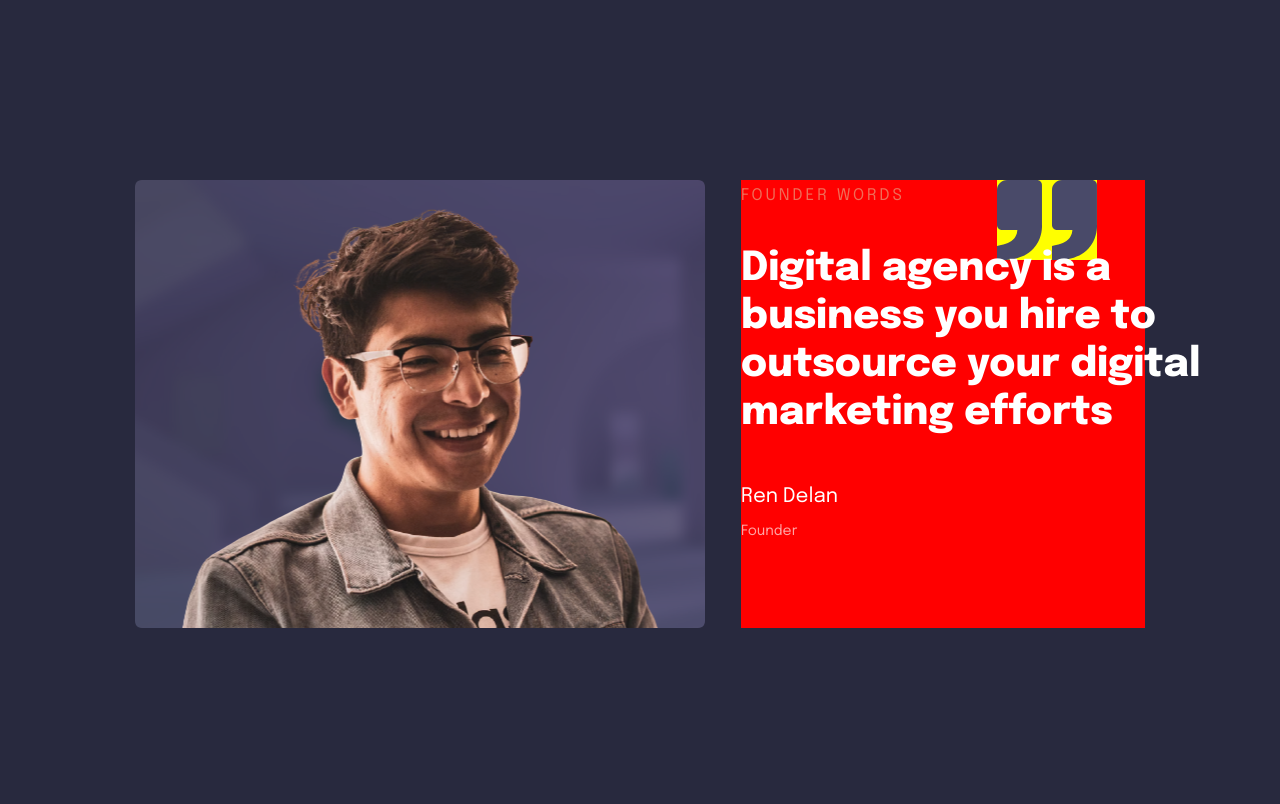
Repository: NatiqSamiyev/image-task
Page: founderWords/index.html
These files come from the project's save history. The page is drawn as it stood at one moment and after a run of saves; the edit follows.
The browser window is 1280 px wide. The pictures show the whole page.

Above is the page before, as saved 2023-09-02 15:47:09.

After the next 2 saves:
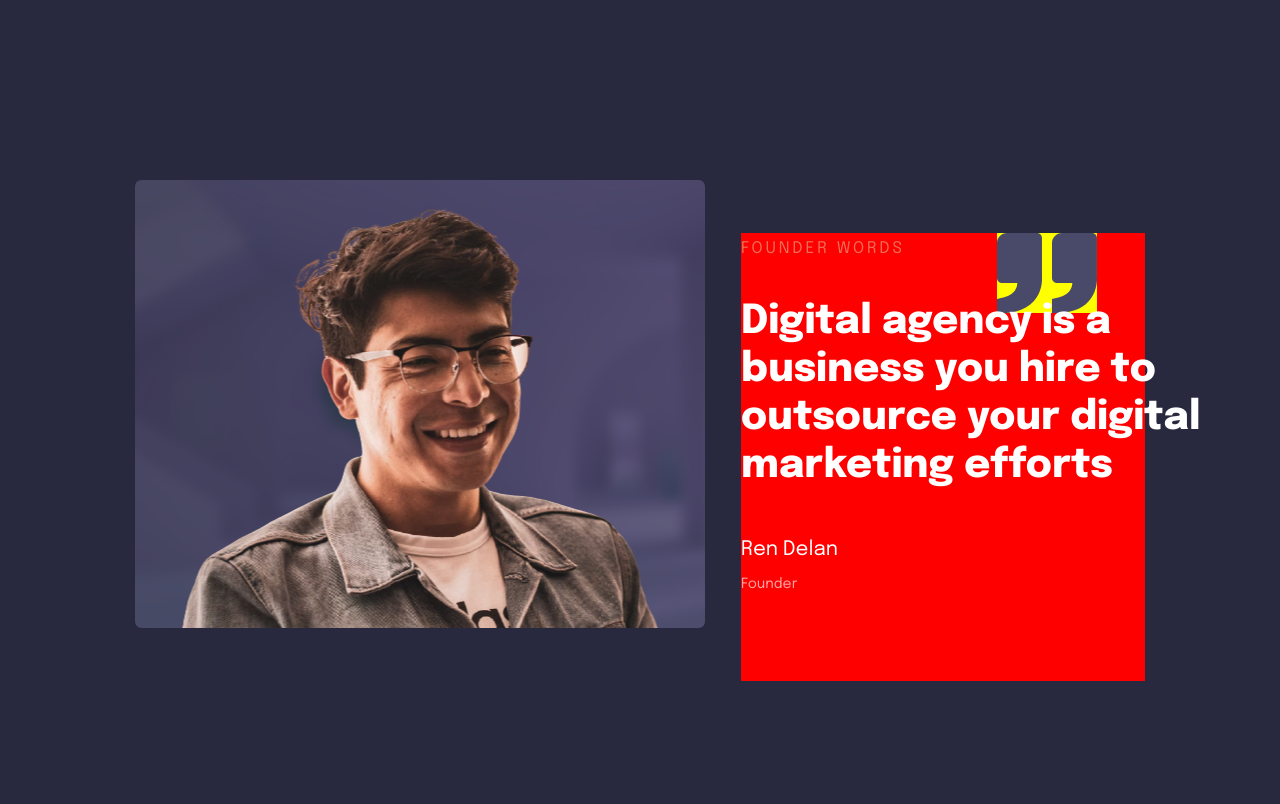
The 2 saves are shown as one change because they came seconds apart.
The last was saved 50 s later.
--- a/founderWords/index.css
+++ b/founderWords/index.css
@@ -37,6 +37,7 @@
   width: 40%;
   background-color: red;
   position: relative;
+  top: 53px;
 }
 
 .founder-words-container .right-container .box-1{

After the save that followed:
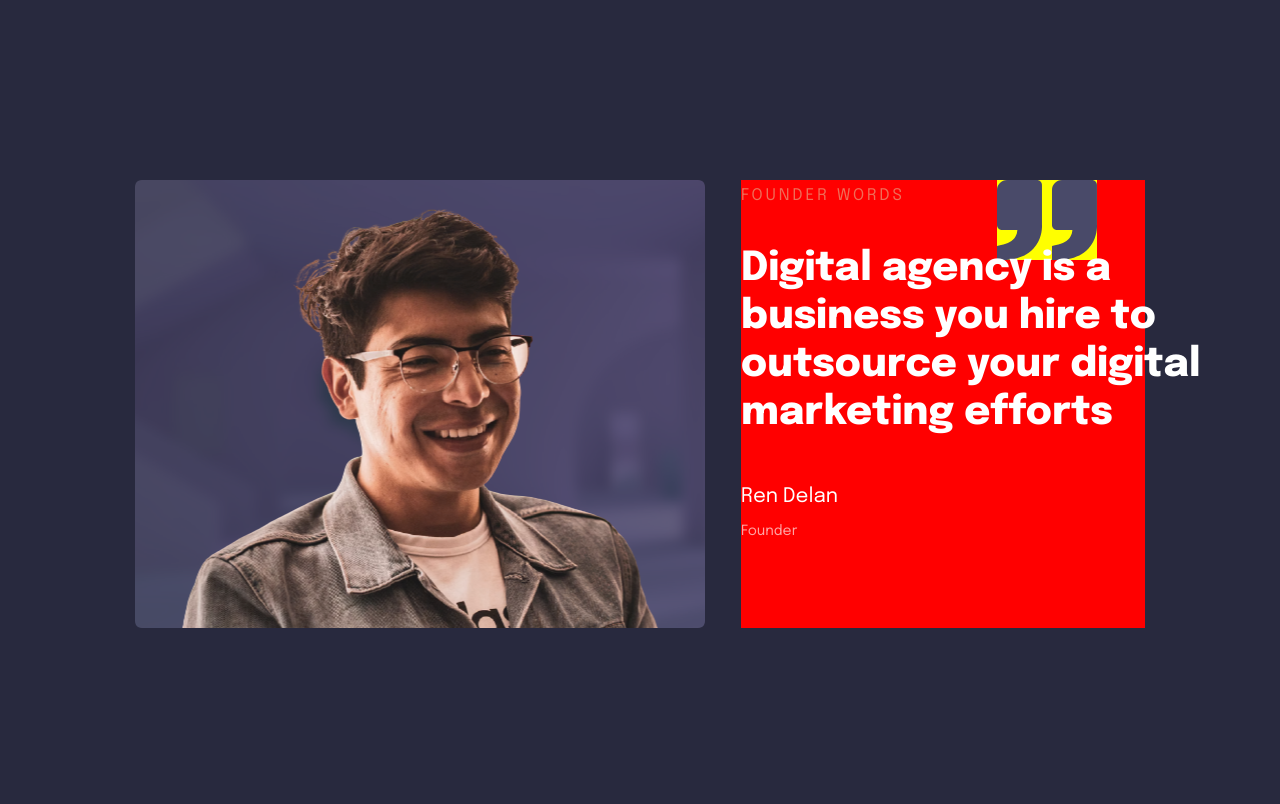
Saved 12 s later.
--- a/founderWords/index.css
+++ b/founderWords/index.css
@@ -37,7 +37,7 @@
   width: 40%;
   background-color: red;
   position: relative;
-  top: 53px;
+
 }
 
 .founder-words-container .right-container .box-1{
